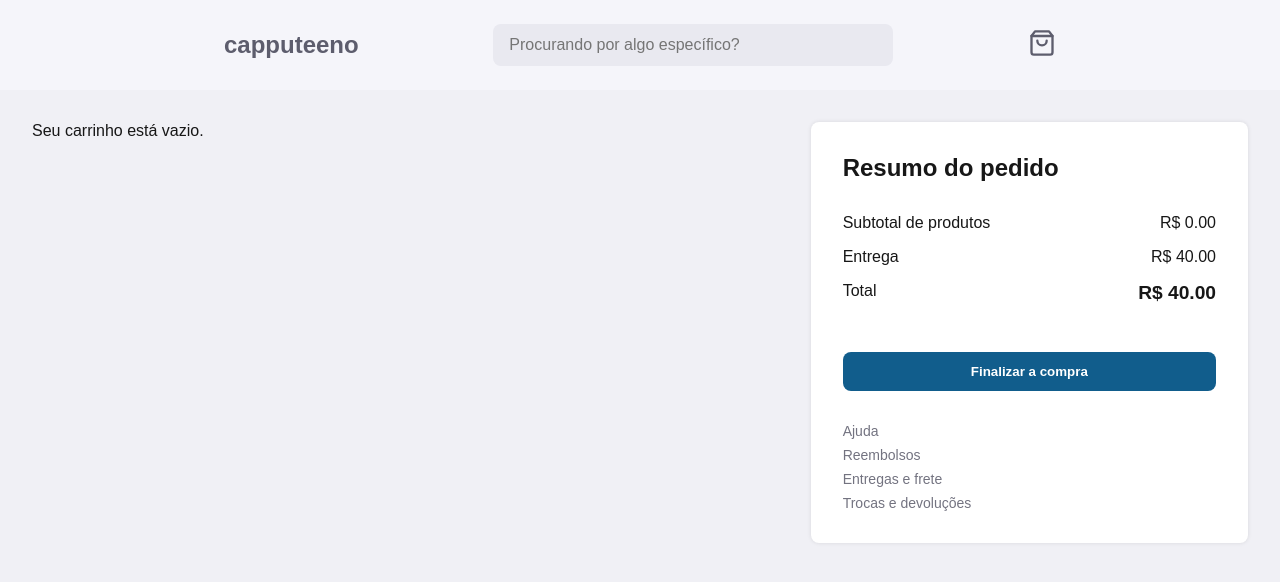
Repository: Biel-barbosa/capputeenoecomerce
Page: /cart
The author's editor kept a copy of each file at every save. The page is drawn from the files as they stood at one save, then again after the next save.
The browser window is 1280 px wide. The pictures show the whole page.
The project was rebuilt for these pictures with package versions that can differ from the ones it lists, and the page was loaded fresh each time. The framework's server and built-in components were replaced by stand-ins that run in the browser. Also part of the build but not shown: next.config.ts.

Above is the page before, as saved 2025-04-23 17:18:06.

After the next save:
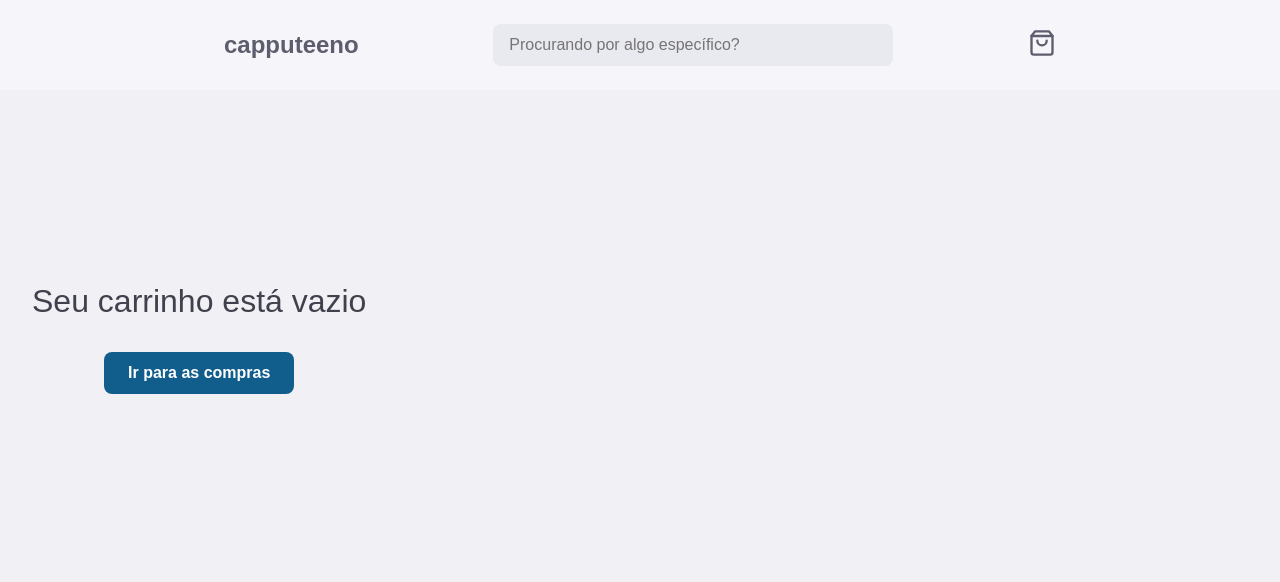
Saved 3 min 2 s later.
--- a/src/app/cart/page.tsx
+++ b/src/app/cart/page.tsx
@@ -4,6 +4,7 @@ import { useEffect, useState } from 'react';
 import styled from 'styled-components';
 import Header from '@/components/Header';
 import { Product } from '@/data/products';
+import Link from 'next/link';
 
 type CartItem = Product & { quantity: number };
 
@@ -140,6 +141,37 @@ const HelpLinks = styled.div`
   }
 `;
 
+// Novo estilo para a mensagem de carrinho vazio
+const EmptyCartMessage = styled.div`
+  display: flex;
+  flex-direction: column;
+  justify-content: center;
+  align-items: center;
+  height: 60vh; /* Tamanho da área onde a mensagem será exibida */
+  text-align: center;
+
+  p {
+    font-size: 2rem;
+    color: #41414d;
+    margin-bottom: 2rem;
+  }
+
+  button {
+    padding: 0.75rem 1.5rem;
+    background-color: #115d8c;
+    color: white;
+    font-weight: bold;
+    border: none;
+    border-radius: 8px;
+    cursor: pointer;
+    font-size: 1rem;
+
+    &:hover {
+      background-color: #0d4c74;
+    }
+  }
+`;
+
 export default function CartPage() {
   const [cart, setCart] = useState<CartItem[]>([]);
 
@@ -189,52 +221,59 @@ export default function CartPage() {
     <PageWrapper>
       <Header />
       <Container>
-        <ProductsSection>
-          {cart.length > 0 ? (
-            cart.map((product) => (
-              <ProductCard key={product.id}>
-                <ProductImage src={product.image} alt={product.title} />
-                <ProductInfo>
-                  <Title>{product.title}</Title>
-                  <Price>R$ {(product.price * product.quantity).toFixed(2)}</Price>
-                  <Controls>
-                    <ControlButton onClick={() => decreaseQuantity(product.id)}>-</ControlButton>
-                    <span>{product.quantity}</span>
-                    <ControlButton onClick={() => increaseQuantity(product.id)}>+</ControlButton>
-                  </Controls>
-                </ProductInfo>
-                <RemoveButton onClick={() => removeItem(product.id)}>Remover</RemoveButton>
-              </ProductCard>
-            ))
-          ) : (
-            <p>Seu carrinho está vazio.</p>
-          )}
-        </ProductsSection>
-
-        <SummarySection>
-          <SummaryTitle>Resumo do pedido</SummaryTitle>
-          <SummaryItem>
-            <span>Subtotal de produtos</span>
-            <span>R$ {subtotal.toFixed(2)}</span>
-          </SummaryItem>
-          <SummaryItem>
-            <span>Entrega</span>
-            <span>R$ {delivery.toFixed(2)}</span>
-          </SummaryItem>
-          <SummaryItem>
-            <span>Total</span>
-            <Total>R$ {total.toFixed(2)}</Total>
-          </SummaryItem>
-
-          <CheckoutButton>Finalizar a compra</CheckoutButton>
-
-          <HelpLinks>
-            <a href="#">Ajuda</a>
-            <a href="#">Reembolsos</a>
-            <a href="#">Entregas e frete</a>
-            <a href="#">Trocas e devoluções</a>
-          </HelpLinks>
-        </SummarySection>
+        {cart.length === 0 ? (
+          <EmptyCartMessage>
+            <p>Seu carrinho está vazio</p>
+            <Link href="/" passHref>
+              <button>Ir para as compras</button>
+            </Link>
+          </EmptyCartMessage>
+        ) : (
+          <>
+            <ProductsSection>
+              {cart.map((product) => (
+                <ProductCard key={product.id}>
+                  <ProductImage src={product.image} alt={product.title} />
+                  <ProductInfo>
+                    <Title>{product.title}</Title>
+                    <Price>R$ {(product.price * product.quantity).toFixed(2)}</Price>
+                    <Controls>
+                      <ControlButton onClick={() => decreaseQuantity(product.id)}>-</ControlButton>
+                      <span>{product.quantity}</span>
+                      <ControlButton onClick={() => increaseQuantity(product.id)}>+</ControlButton>
+                    </Controls>
+                  </ProductInfo>
+                  <RemoveButton onClick={() => removeItem(product.id)}>Remover</RemoveButton>
+                </ProductCard>
+              ))}
+            </ProductsSection>
+
+            <SummarySection>
+              <SummaryTitle>Resumo do pedido</SummaryTitle>
+              <SummaryItem>
+                <span>Subtotal de produtos</span>
+                <span>R$ {subtotal.toFixed(2)}</span>
+              </SummaryItem>
+              <SummaryItem>
+                <span>Entrega</span>
+                <span>R$ {delivery.toFixed(2)}</span>
+              </SummaryItem>
+              <SummaryItem>
+                <span>Total</span>
+                <Total>R$ {total.toFixed(2)}</Total>
+              </SummaryItem>
+
+              <CheckoutButton>Finalizar a compra</CheckoutButton>
+
+              <HelpLinks>
+                <a href="#">Ajuda</a>
+                <a href="#">Reembolsos</a>
+                <a href="#">Entregas e frete</a>
+                <a href="#">Trocas e devoluções</a>
+              </HelpLinks>
+            </SummarySection>
+          </>
+        )}
       </Container>
     </PageWrapper>
   );
